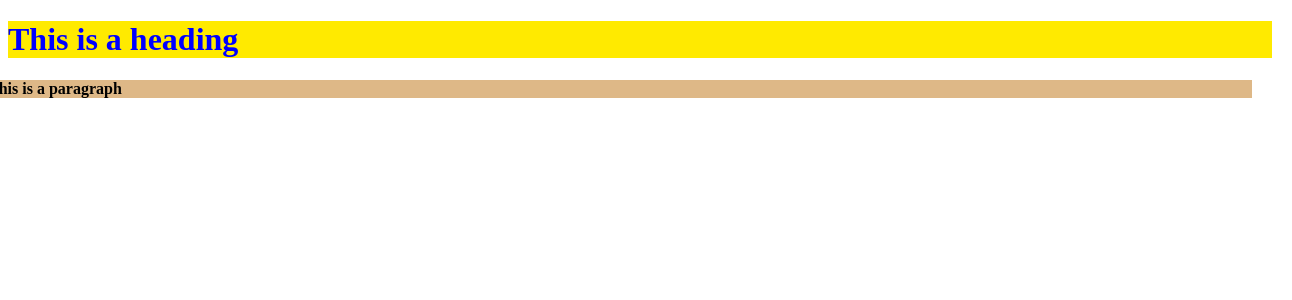
Repository: AishwaryaPandey987/PGLife
Page: home.html
An editor plug-in stored every save of this project. The page is shown before and after the next save, followed by the edit.
The browser window is 1280 px wide. The page is 1280 px wide, then 1292 px, then 1280 px, so the pictures cover 1292 px, including what lies to the right of the window. The pictures show the whole page.

Above is the page before, as saved 2022-10-27 20:07:47.

After the next save:
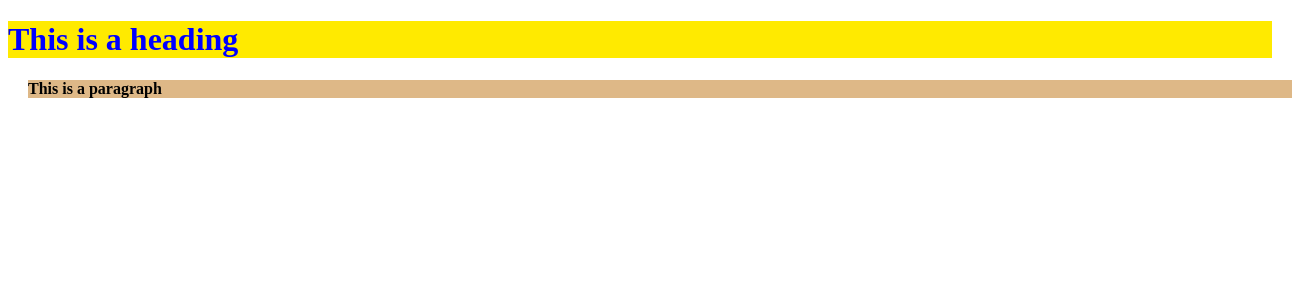
Saved 2 min 56 s later.
--- a/css/style.css
+++ b/css/style.css
@@ -9,5 +9,5 @@
   color: black;
   background-color: burlywood;
   position: relative;
-  left: -20px;
+  left: 20px;
 }

After the save that followed:
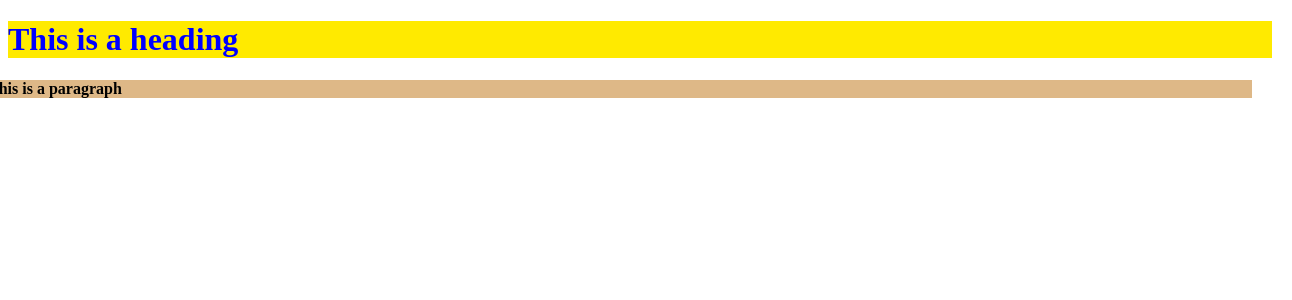
Saved 19 s later.
--- a/css/style.css
+++ b/css/style.css
@@ -9,5 +9,5 @@
   color: black;
   background-color: burlywood;
   position: relative;
-  left: 20px;
+  left: -20px;
 }
